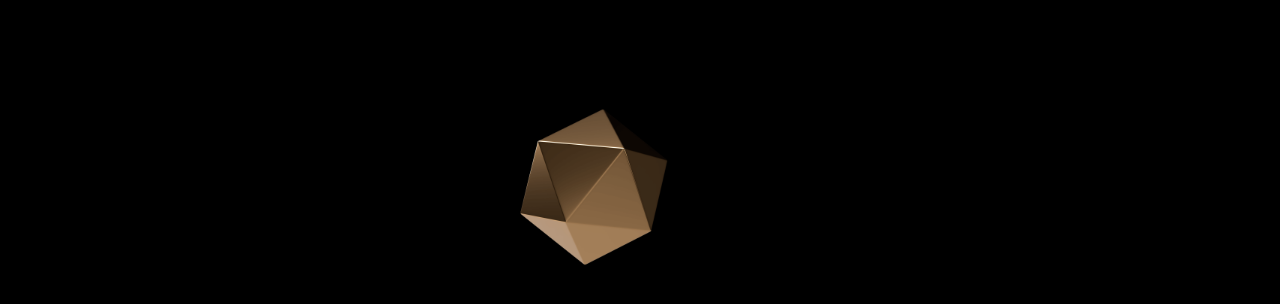
Repository: Himani0002/Scroll-Trigger
Page: index.html
An editor plug-in stored every save of this project. The page is shown before and after the next save, followed by the edit.
The browser window is 1280 px wide. The pictures show the whole page.
Some web libraries are served in a nearby version.

Above is the page before, as saved 2024-11-15 21:21:17.

### index.html
<!DOCTYPE html>
<html lang="en">

<head>
  <meta charset="UTF-8">
  <meta name="viewport" content="width=device-width, initial-scale=1.0">
  <script src="https://cdn.tailwindcss.com"></script>
  <title>Document</title>
  <style>
    * {
      padding: 0;
      margin: 0;
      box-sizing: border-box;
    }

    html,
    body {
      height: 100%;
      width: 100%;
      background-color: black;
    }
  </style>
</head>
<main class="w-full flex flex-col gap-4 items-center pt-[15vh]">
  <div class="card">
    <img src="./image/1.png" class="w-[150px] aspect-sq" alt="">
    <h1 class="text-5xl">
      The<br>
      <span class="font-bold">Algorithm</span>
    </h1>
  </div>

</main>

<body>

</body>

</html>

After the next save:
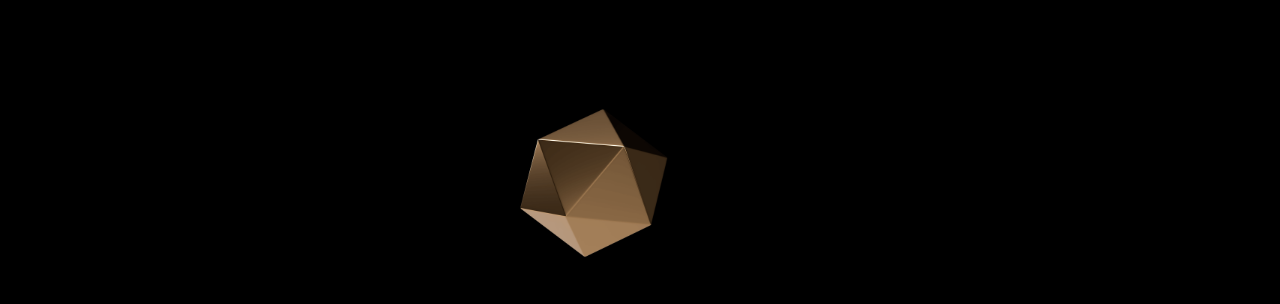
Saved 4 s later.
--- a/index.html
+++ b/index.html
@@ -23,7 +23,7 @@
 </head>
 <main class="w-full flex flex-col gap-4 items-center pt-[15vh]">
   <div class="card">
-    <img src="./image/1.png" class="w-[150px] aspect-sq" alt="">
+    <img src="./image/1.png" class="w-[150px] aspect-square" alt="">
     <h1 class="text-5xl">
       The<br>
       <span class="font-bold">Algorithm</span>
